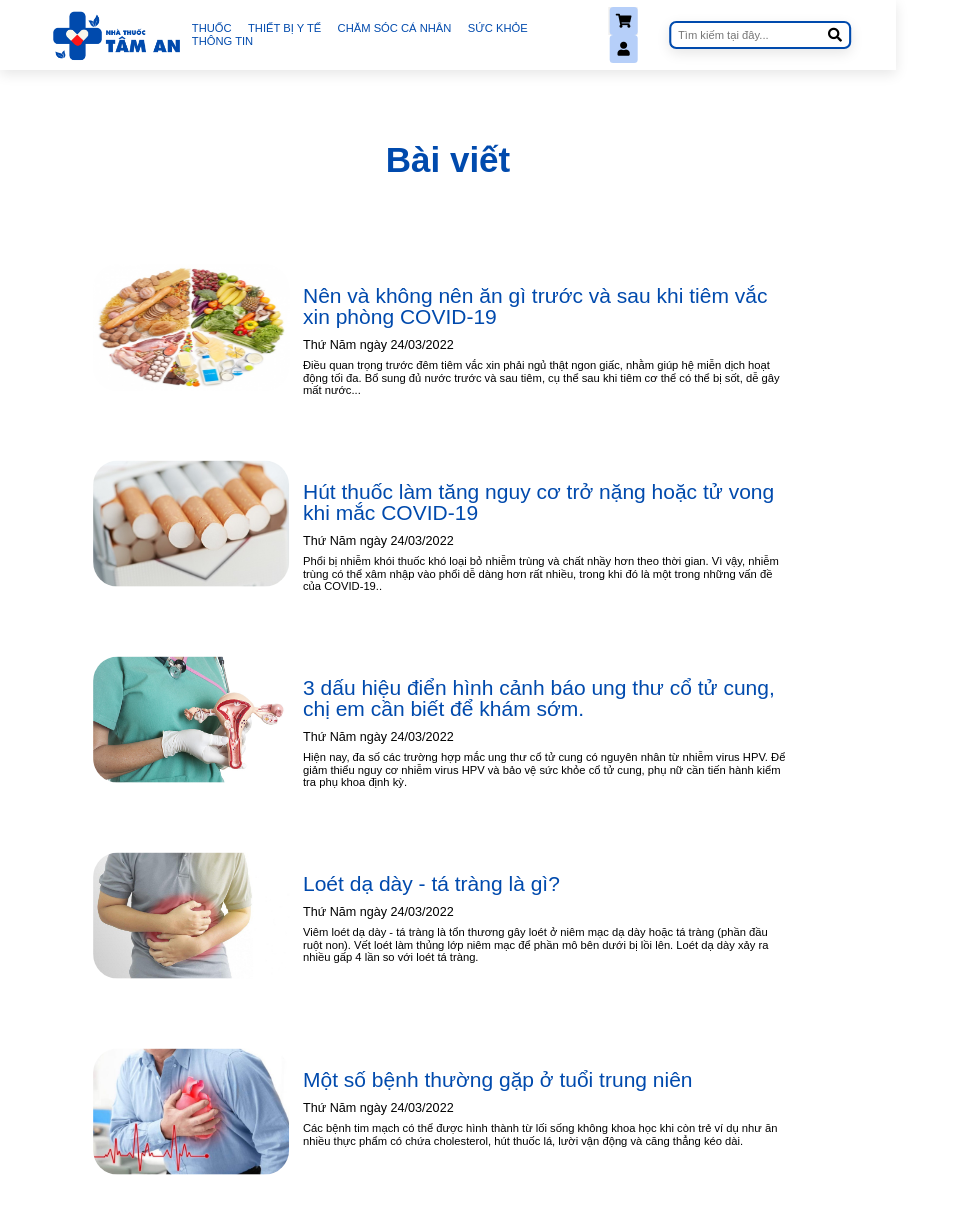
Repository: ViralAIWorks/TamAnPharmacy.github.io
Page: pages/suckhoe.html
These files come from the project's save history. The page is drawn as it stood at one moment and after the next save; the edit follows.
The browser window is 1280 px wide. The page is 1370 px wide, so the pictures cover 1370 px, including what lies to the right of the window. The pictures show the part of the page from y = 0 to 1760 px (the page is 2824 px tall before and 2804 px after), at 70% of full size.
Some web fonts or font styles are not loaded; a fallback is used.

Above is the page before, as saved 2022-03-23 18:46:47.
Console error: ReferenceError: Swiper is not defined

### pages/suckhoe.html
<!DOCTYPE html>
<html lang="en">

<head>
    <meta charset="UTF-8">
    <meta http-equiv="X-UA-Compatible" content="IE=edge">
    <meta name="viewport" content="width=device-width, initial-scale=1.0">
    <title>Sức Khỏe</title>
    <link href="images/logo/Tâm An Pharmacy.png" rel="icon" />
    <link href="../style/style_trangchu.css" rel="stylesheet" />
    <link rel="stylesheet" href="https://cdnjs.cloudflare.com/ajax/libs/font-awesome/5.15.4/css/all.min.css" />

    <link rel="stylesheet" href="./suckhoe.css">

</head>

<body>
    <header class="header">
        <a href="../index.html">
            <img src="images/logo/logo2.png" class="logo" alt="tamanlogo" />
        </a>
        <!--tao thanh navbar-->
        <nav class="navbar">
            <a href="../pages/Giohang/cart.html">THUỐC</a>
            <a href="../pages/Giohang/tbyt.html">THIẾT BỊ Y TẾ</a>
            <a href="../pages/chamsoccanhan.html">CHĂM SÓC CÁ NHÂN</a>
            <a href="../pages/suckhoe.html">SỨC KHỎE</a>
            <a href="../pages/thongtin.html">THÔNG TIN</a>
        </nav>
        <!--tao thanh tim kiem, gio hang va nutlogin-->
        <div class="icons">
            <div class="fas fa-search" id="search-btn"></div>
            <button id="cart">
                <div class="fas fa-shopping-cart" id="cart-btn" aria-hidden="true"></div>
            </button>

            <div class="fas fa-user" id="login-btn"></div>
        </div>

        <!--Tao form tim kiem-->
        <form action="" class="search-form">
            <input type="search" id="search-box" placeholder="Tìm kiếm tại đây..." />
            <label for="search-box" class="fas fa-search"></label>
        </form>

        <!--tao form login-->
        <form action="" class="login-form">
            <h3>Đăng nhập</h3>
            <input type="email" placeholder="Email" class="box">
            <br />
            <input type="password" placeholder="Password" class="box">
            <p>Quên mật khẩu? <a href="#">Click vào đây</a></p>
            <p>Chưa có tài khoản? <a href="pages/signupform.html">Đăng ký ngay</a></p>
            <input type="submit" value="Đăng Nhập" class="btn">
        </form>
    </header>
    <div class="ss-chuyende-news">
        <h2>Bài viết</h2>
        <!-- blog-1 -->
        <article class="t-news">
            <div class="blog-img">
                <div>
                    <a href="blog/blog1.HTML">
                        <img src="./blog/1.jpg" alt="Nên và không nên ăn gì trước và sau khi tiêm vắc xin phòng COVID-19" class="loaded">
                    </a>
                </div>
            </div>
            <div class="width-h3">
                <div class="blog-link">
                    <a href="blog/blog1.HTML">
                            Nên và không nên ăn gì trước và sau khi tiêm vắc xin phòng COVID-19
                        </a>
                </div>
                <br>
                <div class="blog-content">
                    <span class="date">Thứ Năm ngày 24/03/2022</span>
                </div>
                <p>Điều quan trọng trước đêm tiêm vắc xin phải ngủ thật ngon giấc, nhằm giúp hệ miễn dịch hoạt động tối đa. Bổ sung đủ nước trước và sau tiêm, cụ thể sau khi tiêm cơ thể có thể bị sốt, dễ gây mất nước... </p>
            </div>
        </article>
        <!-- blog-2 -->
        <article class="t-news">
            <div class="blog-img">
                <div>
                    <a href="blog/blog2.HTML">
                        <img src="./blog/2.jpg" alt="Hút thuốc làm tăng nguy cơ trở nặng hoặc tử vong khi mắc COVID-19" class="loaded">
                    </a>
                </div>
            </div>
            <div class="width-h3">
                <div class="blog-link">
                    <a href="blog/blog2.HTML">
                    Hút thuốc làm tăng nguy cơ trở nặng hoặc tử vong khi mắc COVID-19</a>
                </div>
                <br>
                <div class="blog-content">
                    <span class="date">Thứ Năm ngày 24/03/2022</span>
                </div>
                <p>Phổi bị nhiễm khói thuốc khó loại bỏ nhiễm trùng và chất nhầy hơn theo thời gian. Vì vậy, nhiễm trùng có thể xâm nhập vào phổi dễ dàng hơn rất nhiều, trong khi đó là một trong những vấn đề của COVID-19.. </p>
            </div>
        </article>
        <!-- blog-3 -->
        <article class="t-news">
            <div class="blog-img">
                <div>
                    <a href="blog/blog3.HTML">
                        <img src="./blog/5.jpg" alt="3 dấu hiệu điển hình cảnh báo ung thư cổ tử cung, chị em cần biết để khám sớm." class="loaded">
                    </a>
                </div>
            </div>
            <div class="width-h3">
                <div class="blog-link">
                    <a href="blog/blog3.HTML">
                        3 dấu hiệu điển hình cảnh báo ung thư cổ tử cung, chị em cần biết để khám sớm.</a>
                </div>
                <br>
                <div class="blog-content">
                    <span class="date">Thứ Năm ngày 24/03/2022</span>
                </div>
                <p>Hiện nay, đa số các trường hợp mắc ung thư cổ tử cung có nguyên nhân từ nhiễm virus HPV. Để giảm thiểu nguy cơ nhiễm virus HPV và bảo vệ sức khỏe cổ tử cung, phụ nữ cần tiến hành kiểm tra phụ khoa định kỳ. </p>
            </div>
        </article>
        <!-- blog-4 -->
        <article class="t-news">
            <div class="blog-img">
                <div>
                    <a href="blog/blog4.HTML">
                        <img src="./blog/7.jpg" alt="Loét dạ dày - tá tràng là gì?" class="loaded">
                    </a>
                </div>
            </div>
            <div class="width-h3">
                <div class="blog-link">
                    <a href="blog/blog4.HTML">
                        Loét dạ dày - tá tràng là gì?</a>
                </div>
                <br>
                <div class="blog-content">
                    <span class="date">Thứ Năm ngày 24/03/2022</span>
                </div>
                <p>Viêm loét dạ dày - tá tràng là tổn thương gây loét ở niêm mạc dạ dày hoặc tá tràng (phần đầu ruột non). Vết loét làm thủng lớp niêm mạc để phần mô bên dưới bị lồi lên. Loét dạ dày xảy ra nhiều gấp 4 lần so với loét tá tràng.</p>
            </div>
        </article>
        <!-- blog-5 -->
        <article class="t-news">
            <div class="blog-img">
                <div>
                    <a href="blog/blog5.HTML">
                        <img src="./blog/9.jpg" alt="Một số bệnh thường gặp ở tuổi trung niên" class="loaded">
                    </a>
                </div>
            </div>
            <div class="width-h3">
                <div class="blog-link">
                    <a href="blog/blog5.HTML">
                        Một số bệnh thường gặp ở tuổi trung niên</a>
                </div>
                <br>
                <div class="blog-content">
                    <span class="date">Thứ Năm ngày 24/03/2022</span>
                </div>
                <p>Các bệnh tim mạch có thể được hình thành từ lối sống không khoa học khi còn trẻ ví dụ như ăn nhiều thực phẩm có chứa cholesterol, hút thuốc lá, lười vận động và căng thẳng kéo dài.</p>
            </div>
        </article>

        <!-- blog-6 -->
        <article class="t-news">
            <div class="blog-img">
                <div>
                    <a href="blog/blog6.HTML">
                        <img src="./blog/20.jpg" alt="7 loại quả tốt cho người bệnh tiểu đường" class="loaded">
                    </a>
                </div>
            </div>
            <div class="width-h3">
                <div class="blog-link">
                    <a href="blog/blog6.HTML">
                        7 loại quả tốt cho người bệnh tiểu đường</a>
                </div>
                <br>
                <div class="blog-content">
                    <span class="date">Thứ Năm ngày 24/03/2022</span>
                </div>
                <p>Có một quan niệm sai lầm phổ biến rằng hoa quả không tốt cho người bệnh tiểu đường vì chúng chứa đường. Tuy nhiên, bạn nên biết rằng điều thực sự quan trọng là chỉ số đường huyết (GI).Nhiều loại hoa quả có chỉ số đường huyết thấp và thích
                    hợp cho bệnh nhân tiểu đường...</p>
            </div>
        </article>

        <!-- blog-7 -->
        <article class="t-news">
            <div class="blog-img">
                <div>
                    <a href="blog/blog7.HTML">
                        <img src="./blog/21.jpg" alt="Bấm huyệt chống lão hóa và cải thiện trí nhớ" class="loaded">
                    </a>
                </div>
            </div>
            <div class="width-h3">
                <div class="blog-link">
                    <a href="blog/blog7.HTML">
                        Bấm huyệt chống lão hóa và cải thiện trí nhớ</a>
                </div>
                <br>
                <div class="blog-content">
                    <span class="date">Thứ Năm ngày 24/03/2022</span>
                </div>
                <p>Bấm huyệt là phương pháp trị liệu bằng tay. Người bấm huyệt dùng tay tác động lên các huyệt, da thịt và gân khớp của người bệnh. Các tác động vật lý này sẽ kích thích vào hệ thần kinh...</p>
            </div>
        </article>

    </div>
    <script src="../json/homepage.js"></script>

</body>
<footer>
    <div class="ft-bar">
        <div class="ft-display_img">
            <img src="../pages/images/Footer-ThongTin/thuoc.png" alt="">
            <img src="../pages/images/Footer-ThongTin/camket.png" alt=" ">
            <img src="../pages/images/Footer-ThongTin/doitra.png " alt="">
            <img src="../pages/images/Footer-ThongTin/free.png" alt="">
        </div>
    </div>
    <div class="list">
        <div class="footer-menu">
            <h2>VỀ CHÚNG TÔI</h2>
            <div class="ft-list">
                <a href=""> Giới thiệu </a>
                <a href=""> Hệ thống cửa hàng </a>
                <a href=""> Giấy phép kinh doanh </a>
                <a href=""> Quy chế hoạt động </a>
                <a href=""> Chính sách đặt cọc </a>
                <a href=""> Chính sách đổi trả thuốc </a>
                <a href=""> Chính sách giao hàng </a>
                <a href=""> Chính sách bảo mật </a>
                <a href=""> Chính sách thanh toán </a>
                <a href=""> Kiểm tra hóa đơn điện tử </a>
                <a href=""> Tra cứu đơn hàng </a>
            </div>
        </div>
        <div class="footer-menu">
            <h2>DANH MỤC</h2>
            <div class="ft-list">
                <a href=""> Thực phẩm chức năng </a>
                <a href=""> Dược mỹ phẩm </a>
                <a href=""> Chăm sóc cá nhân </a>
                <a href=""> Thuốc </a>
                <a href=""> Trang thiết bị y tế </a>
                <a href=""> Bệnh </a>
            </div>
        </div>
        <div class="footer-menu">
            <h2>THỰC PHẨM CHỨC NĂNG</h2>
            <div class="ft-list">
                <a href="">Cải thiện tăng cường chức năng</a>
                <a href=""> Thảo dược-Thực phẩm tư nhân </a>
                <a href=""> Vitamin </a>
                <a href=""> Hỗ trợ điều trị </a>
                <a href=""> Canxi </a>
            </div>
        </div>
        <div class="footer-contact_width ft-qr">
            <div class="ft-contact">
                <div>
                    <p class="ft-service">Tư vấn mua hàng (miễn phí)</p>
                    <a href="" class="phone" width="143px" height="25px">0696 9696 - Hotline</a>
                </div>
                <div>
                    <p class="ft-service">Góp ý, khiếu nại</p>
                    <a href="" class="phone" width="143px" height="25px">0123 4567 - Hotline</a>
                </div>
            </div>
            <div>
                <img src="../images/qrcode.jpg" width="80%" class="qr-border" alt="">
            </div>
        </div>
    </div>
    </div>
</footer>

</html>

### pages/suckhoe.css
    @import url("https://fonts.googleapis.com/css2?family=Source+Sans+3:ital,wght@0,200;0,300;0,400;0,500;0,600;0,700;0,800;0,900;1,200;1,300;1,400;1,500;1,600;1,700;1,800;1,900&display=swap");
     :root {
        --box-shadow: 0 0.5rem 1.5rem rgba(0, 0, 0, 0.1);
        --border: 0.2rem solid rgba(0, 0, 0, 0.1);
        --outline: 0.1rem solid rgba(0, 0, 0, 0.1);
        --outline-hover: 0.2rem solid var(--black);
    }
    /*css cho nen trang web*/

    * {
        font-family: "Source Sans 3", sans-serif;
        padding: 0px;
        margin: 0px;
        box-sizing: border-box;
        outline: none;
        border: none;
        text-decoration: none;
        text-transform: None;
        transition: all 0.2s linear;
    }

    body {
        margin: 0 auto;
        width: auto;
    }
    /*html*/

    html {
        font-size: 75%;
    }
    /*css cho header*/

    .header {
        display: flex;
        justify-content: space-between;
        align-items: center;
        padding: 0px 5%;
        position: fixed;
        top: 0;
        left: 0;
        right: 0;
        background: white;
        z-index: 1000;
        box-shadow: var(--box-shadow);
        max-height: 100px;
    }

    .header .logo {
        cursor: pointer;
    }

    .header .navbar a {
        font-size: 16px;
        font-family: "Source Sans 3", sans-serif;
        color: #004aad;
        font-weight: 500;
        text-decoration: none;
        transition: all 0.3s ease 0s;
        display: inline-block;
        padding: 0px 10px;
    }
    /*hover: hieu ung khi di chuot toi vi tri*/

    .header .navbar a:hover {
        color: aqua;
    }

    .header .icons div:hover {
        color: white;
    }

    .header .search-form label:hover {
        color: Highlight;
    }

    .header .icons div {
        height: 40px;
        width: 40px;
        line-height: 40px;
        border-radius: 5px;
        background: #b6cff9;
        color: var(--black);
        font-size: 20px;
        margin-left: 2px;
        cursor: pointer;
        text-align: center;
    }
    /*an icon tim kiem lon*/

    #search-btn {
        display: none;
    }

    .header .search-form {
        position: sticky;
        overflow: hidden;
        border-radius: 10px;
        display: flex;
        box-shadow: var(--box-shadow);
        align-items: center;
        width: auto;
        height: 40px;
        border-style: solid;
        border-color: #004aad;
    }

    .header .search-form.active {
        right: 2rem;
        transition: 0.4s linear;
    }

    .header .search-form input {
        height: 100%;
        width: 100%;
        background: none;
        text-transform: none;
        font-size: 16px;
        color: var(--black);
        padding: 0px 10px;
    }
    /* icon kính lúp*/

    .header .search-form label {
        font-size: 20px;
        padding-right: 10px;
        color: var(--black);
        cursor: pointer;
    }
    /*form dang nhap*/

    .header .login-form {
        position: absolute;
        top: 110%;
        right: -110%;
        width: 25%;
        box-shadow: var(--box-shadow);
        padding: 20px;
        border-radius: 7px;
        background: #fff;
        text-align: left;
        font-family: 'Source Sans 3';
        border-style: solid;
        border-width: 2px;
        border-color: #004aad;
    }

    .header .login-form h3 {
        font-size: 22px;
        text-transform: uppercase;
        color: #004aad;
        font-family: 'Source Sans 3';
        text-align: center;
    }

    .header .login-form .box {
        margin: 5px;
        border-radius: 7px;
        width: 100%;
        padding: 8px;
        font-size: 16px;
        color: black;
        background: #eee;
        text-transform: none;
    }

    .header .login-form p {
        font-size: 14px;
        padding: 5px;
    }

    .header .login-form.active {
        right: 32px;
        transition: 0.5s linear;
    }

    .ss-chuyende-news {
        margin: 10px 10%;
    }

    img {
        width: 280px;
        height: 180px;
        border-radius: 35px;
    }

    .ss-chuyende-news h2 {
        margin-top: 200px;
        margin-bottom: 100px;
        color: #004aad;
        font-size: 50px;
        text-align: center;
    }

    .logo {
        width: 200px;
        height: 200px;
    }

    .blog-link a {
        color: #004aad;
        font-size: 30px;
        line-height: 30px;
    }

    .phone {
        font-size: 18px;
    }

    .date {
        font-size: 18px;
    }

    p {
        font-size: 16px;
    }

    .width-h3 {
        font-family: 36px;
        margin-left: 2%;
        margin-bottom: 10%;
    }

    article {
        display: flex;
        margin-bottom: 30px;
        padding: 20px 25px 20px 5px;
    }

    .blog-link {
        margin-top: 30px;
    }

    .blog-content {
        margin-bottom: 10px;
    }

    .t-news {
        height: 250px;
        border-radius: 25px;
    }

    .t-news:hover {
        border: 0.5px solid;
        border-radius: 35px;
    }

Loaded but not shown: json/homepage.js (29 lines, source omitted); style/style_trangchu.css (389 lines, source omitted)

After the next save:
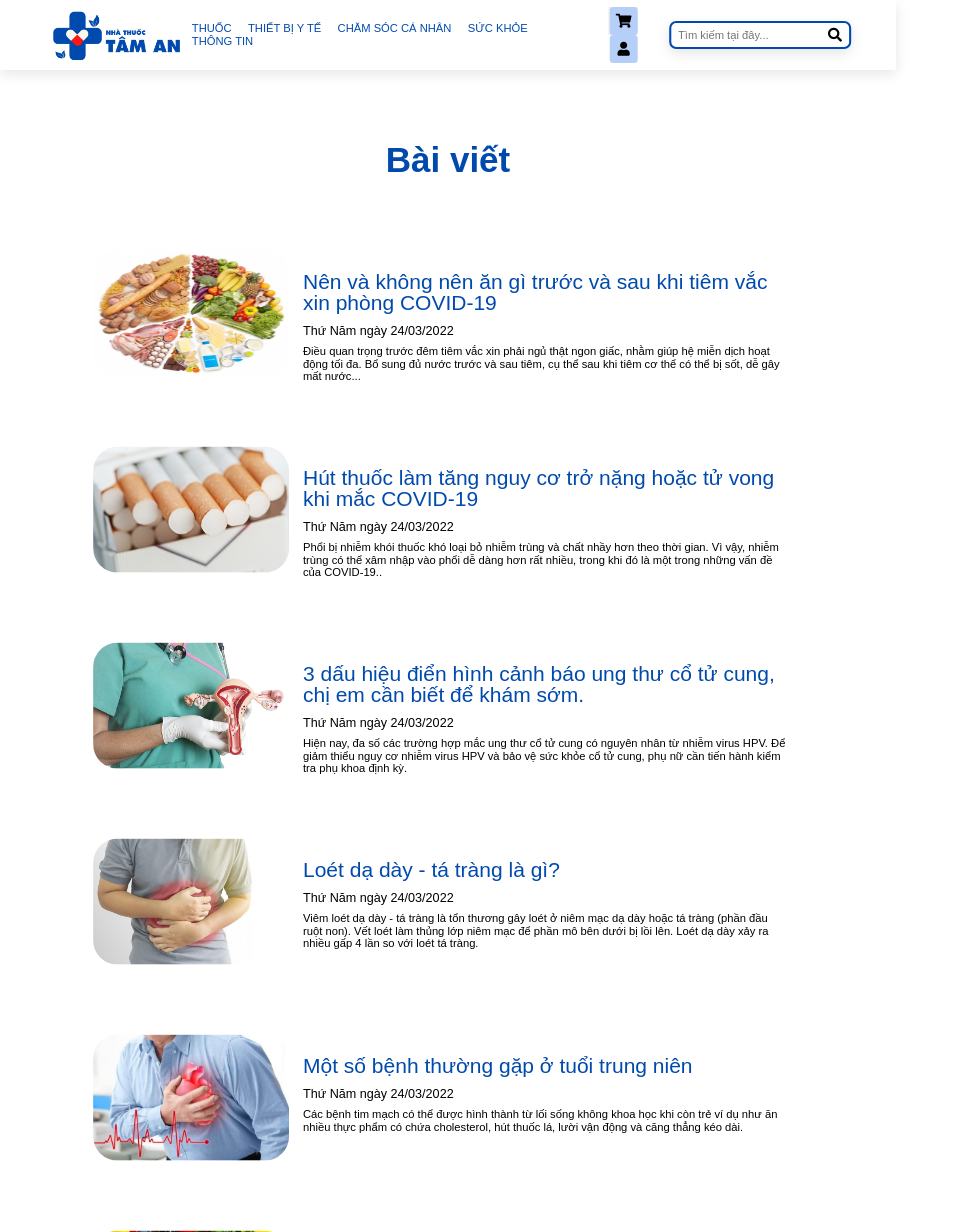
Saved 9 s later.
--- a/pages/suckhoe.css
+++ b/pages/suckhoe.css
@@ -185,7 +185,7 @@
 
     .ss-chuyende-news h2 {
         margin-top: 200px;
-        margin-bottom: 100px;
+        margin-bottom: 80px;
         color: #004aad;
         font-size: 50px;
         text-align: center;
